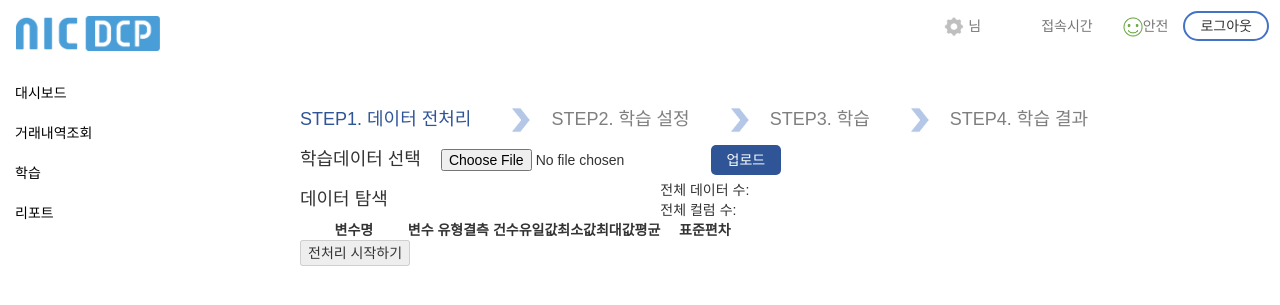
Repository: zzyeah0/project01
Page: http://localhost/nicdcp_frontend/step1.jsp
An editor plug-in stored every save of this project. The page is shown before and after the next save, followed by the edit.
The browser window is 1280 px wide. The pictures show the whole page.
Some web fonts or font styles are not loaded; a fallback is used. The page is served by Tomcat 9. The template is opened directly, without the code that normally fills it, so the values that code supplies are empty.

Above is the page before, as saved 2021-05-24 09:51:13.

After the next save:
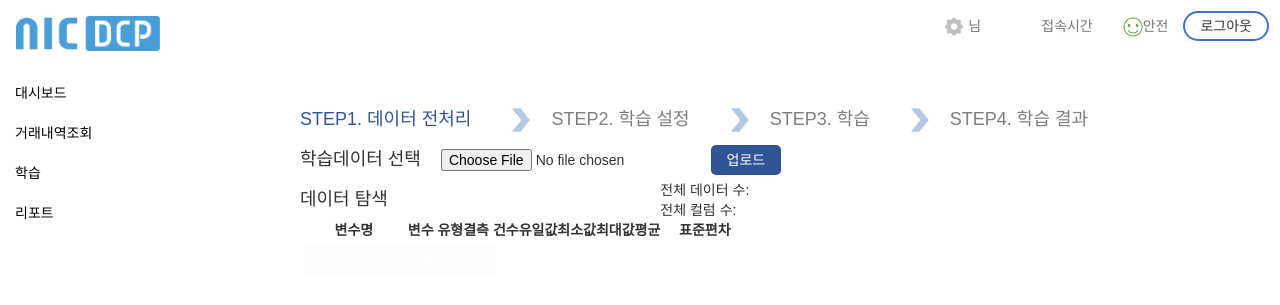
Saved 10 s later.
--- a/nicdcp_frontend/src/main/webapp/step1.jsp
+++ b/nicdcp_frontend/src/main/webapp/step1.jsp
@@ -67,7 +67,7 @@
 				<th>표준편차</th>
 			</tr>
 		</table>
-		<input type="button" disabled value="전처리 시작하기" />
+		<input type="buton" disabled value="전처리 시작하기" class="btn"/>
 	</div>
 </body>
 </html>
